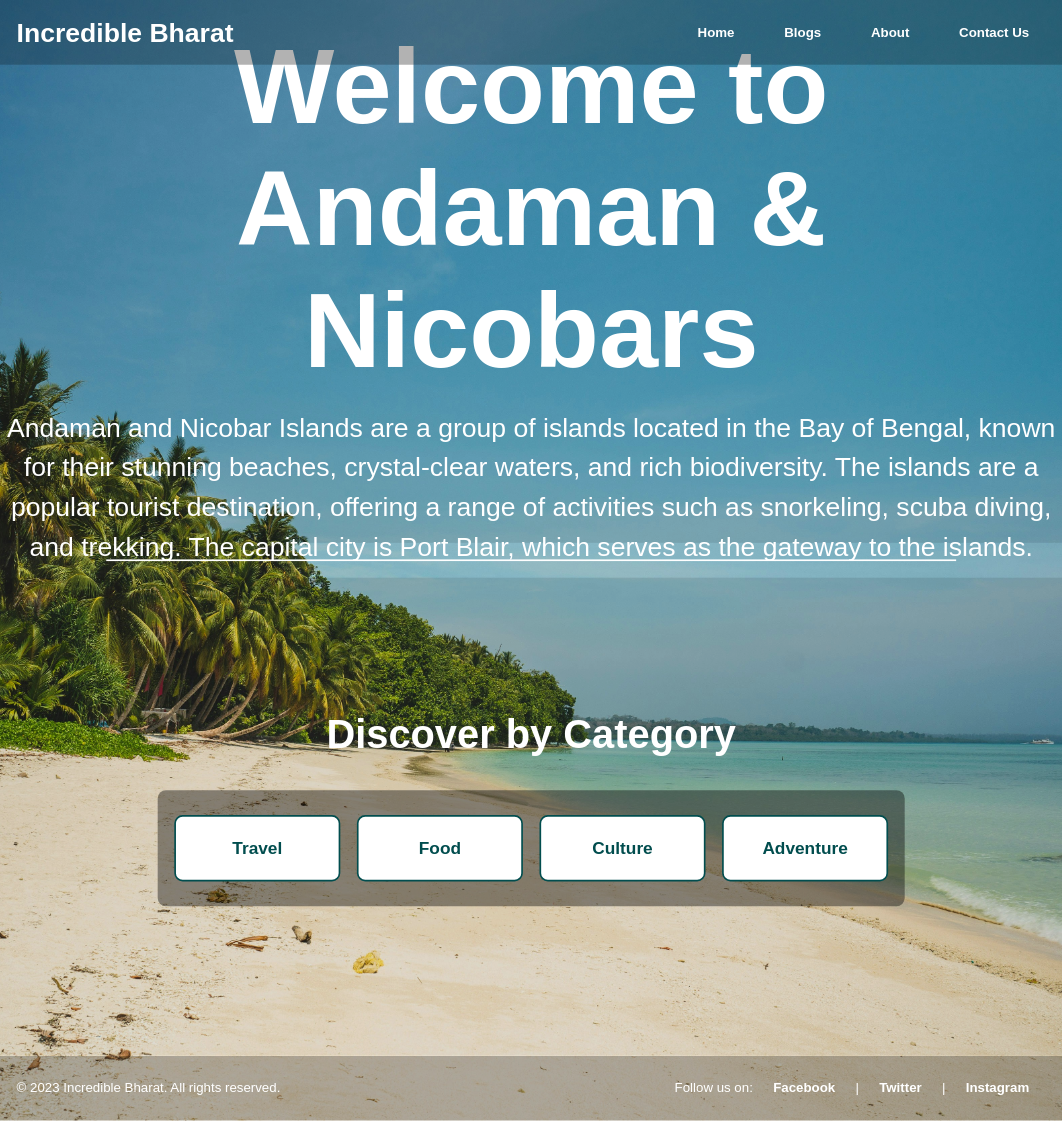
Repository: jaidhiman111/incrediblebharat
Page: destinations/Andaman&Nicobar.html
An editor plug-in stored every save of this project. The page is shown before and after the next save, followed by the edit.
The browser window is 1280 px wide. The pictures show the whole page, at 83% of full size.

Above is the page before, as saved 2025-04-30 23:34:38.

### destinations/Andaman&Nicobar.html
<!DOCTYPE html>
<html lang="en">

<head>
    <meta charset="UTF-8">
    <link rel="stylesheet" href="/assets/style.css">
    <meta name="viewport" content="width=device-width, initial-scale=1.0">
    <title>Document</title>
</head>

<body class="andaman-nicobar">
    <!-- This is the header of the page. -->
    <header class="header">
        <div class="logo">
            <h1>Incredible Bharat</h1>
        </div>
        <div class="nav">
            <nav>
                <ul>
                    <li>
                        <a href="/index.html">Home</a>
                        <a href="#">Blogs</a>
                        <a href="#">About</a>
                        <a href="#">Contact Us</a>
                    </li>
                </ul>
            </nav>
        </div>
    </header>
    <!-- This is the main content of the page. -->
    <main class="main-container">
        <section class="hero-section">
            <h2>Welcome to Andaman & Nicobars</h2>
            <p>Andaman and Nicobar Islands are a group of islands located in the Bay of Bengal, known for their stunning
                beaches, crystal-clear waters, and rich biodiversity. The islands are a popular tourist destination,
                offering a range of activities such as snorkeling, scuba diving, and trekking. The capital city is Port
                Blair, which serves as the gateway to the islands.</p>
        </section>
        <hr>
        <section class="state-section">
            <h2>Discover by Category</h2>
            <div class="card-section">
                <div class="card" id="travel">Travel</div>
                <div class="card" id="food">Food</div>
                <div class="card" id="culture">Culture</div>
                <div class="card" id="adventure">Adventure</div>
            </div>
        </section>
    </main>
    <!-- This is the footer of the page. -->
    <footer class="footer">
        <div>
            <p>&copy; 2023 Incredible Bharat. All rights reserved.</p>
        </div>
        <div>
            <p>Follow us on:
                <a href="#">Facebook</a> |
                <a href="#">Twitter</a> |
                <a href="#">Instagram</a>
        </div>
    </footer>
</body>

</html>

### assets/style.css
* {
    box-sizing: border-box;
    margin: 0;
    padding: 0;
}

.home {
    font-family: Arial, sans-serif;
    background-image: url('/media/bg-cover.jpg');
    background-size: cover;
    background-repeat: no-repeat;
    background-position: center;
    color: #fff;
}

.andaman-nicobar {
    font-family: Arial, sans-serif;
    background-image: url('/media/andaman.jpg');
    background-size: cover;
    background-repeat: no-repeat;
    background-position: center;
    color: #fff;
}


/* This is for header */
.header {
    background-color: rgba(0, 0, 0, 0.3);
    display: flex;
    justify-content: space-between;
    align-items: center;
    padding: 20px;
    position: sticky;
    top: 0;
    text-align: center;
}

li {
    list-style: none;
    display: flex;
    gap: 20px;
}

li a {
    padding: 10px 20px;
    border-radius: 5px;
    text-decoration: none;
    color: #fff;
    font-weight: bold;
}

li a:hover {
    color: #fff;
    transform: scale(1.1);}

/* This is for section */
section{
    background-color: rgba(0, 0, 0, 0.1);
}

.hero-section {
    display: flex;
    flex-direction: column;    /* stack items vertically */
    justify-content: center;   /* center vertically */
    align-items: center;       /* center horizontally */
    height: 80vh;
    text-align: center;
}

.hero-section h2 {
    font-size: 8rem;
    margin-bottom: 20px;
}

.hero-section p{
    font-size: 2rem;
    margin-bottom: 20px;
    max-width: 100rem;         /* limit the width of the paragraph */
    line-height: 1.5;        /* improve readability */
}

.hero-section a {
    text-decoration: none;
    color: #fff;
    font-size: 1.5rem;
    margin-bottom: 20px;
}

.hero-section a:hover {
    color: #fff;
    text-decoration: underline;
    transform: scale(1.1);
    transition: transform 0.3s ease-in-out;
}

hr {
    width: 80%;
    margin: 20px auto;
    border: 1px solid #fff;
}

.state-section {
    display: flex;
    flex-direction: column;    /* stack items vertically */
    justify-content: center;
    align-items: center;
    height: 80vh;
    text-align: center;
}

.state-section h2 {
    font-size: 3rem;
    margin-bottom: 20px;
}

.state-button {
    padding: 30px;
    max-width: 100rem;
    margin: 0 auto;
  }

  .state-button button {
    background-color: rgba(0, 0, 0, 0.4);  /* Soft blue */
    border: none;
    border-radius: 8px;
    margin: 10px ;
    padding: 12px 20px;
    cursor: pointer;
    transition: background-color 0.3s ease;
    font-size: 16px;
    font-weight: 500;
  }

  .state-button button a {
    color: #ffffff;
    text-decoration: none;
    display: block;
    width: 100%;
    height: 100%;
  }

  .state-button button:hover {
    background-color: rgba(0, 0, 0, 0.7); /* Darker blue on hover */
    transform: scale(1.1); /* Slightly enlarge the button on hover */
    transition: transform 0.3s ease-in-out;
  }

  .card-section {
    display: flex;
    flex-wrap: wrap; /* Makes it responsive */
    justify-content: center;
    gap: 20px;
    background-color: rgba(0, 0, 0, 0.4);
    padding: 30px 20px;
    margin: 20px auto;
    max-width: 1200px;
    border-radius: 10px;
}

.card {
    background-color: #ffffff;
    color: #014d4e;
    border: 2px solid #014d4e;
    border-radius: 10px;
    width: 200px;
    height: 5rem;
    display: flex;
    align-items: center;
    justify-content: center;
    font-size: 1.3rem;
    font-weight: bold;
    cursor: pointer;
    transition: transform 0.3s ease, background-color 0.3s ease;
}

.card:hover {
    background-color: #019494;
    color: #ffffff;
    transform: scale(1.05);
}


  /* This is for footer */

.footer {
    background-color: rgba(0, 0, 0, 0.3);
    display: flex;
    justify-content: space-between;
    align-items: center;
    padding: 20px;
    position: relative;
    bottom: 0;
    text-align: center;
}

.footer li {
    list-style: none;
    display: flex;
    gap: 20px;
}

.footer a {
    display: inline-block;
    padding: 10px 20px;
    border-radius: 5px;
    text-decoration: none;
    color: #fff;
    font-weight: bold;
}
.footer a:hover {
    color: #fff;
    transform: scale(1.1);

}

/* This is for media queries */
/* --- Andaman & Nicobar Page Enhancements --- */

After the next save:
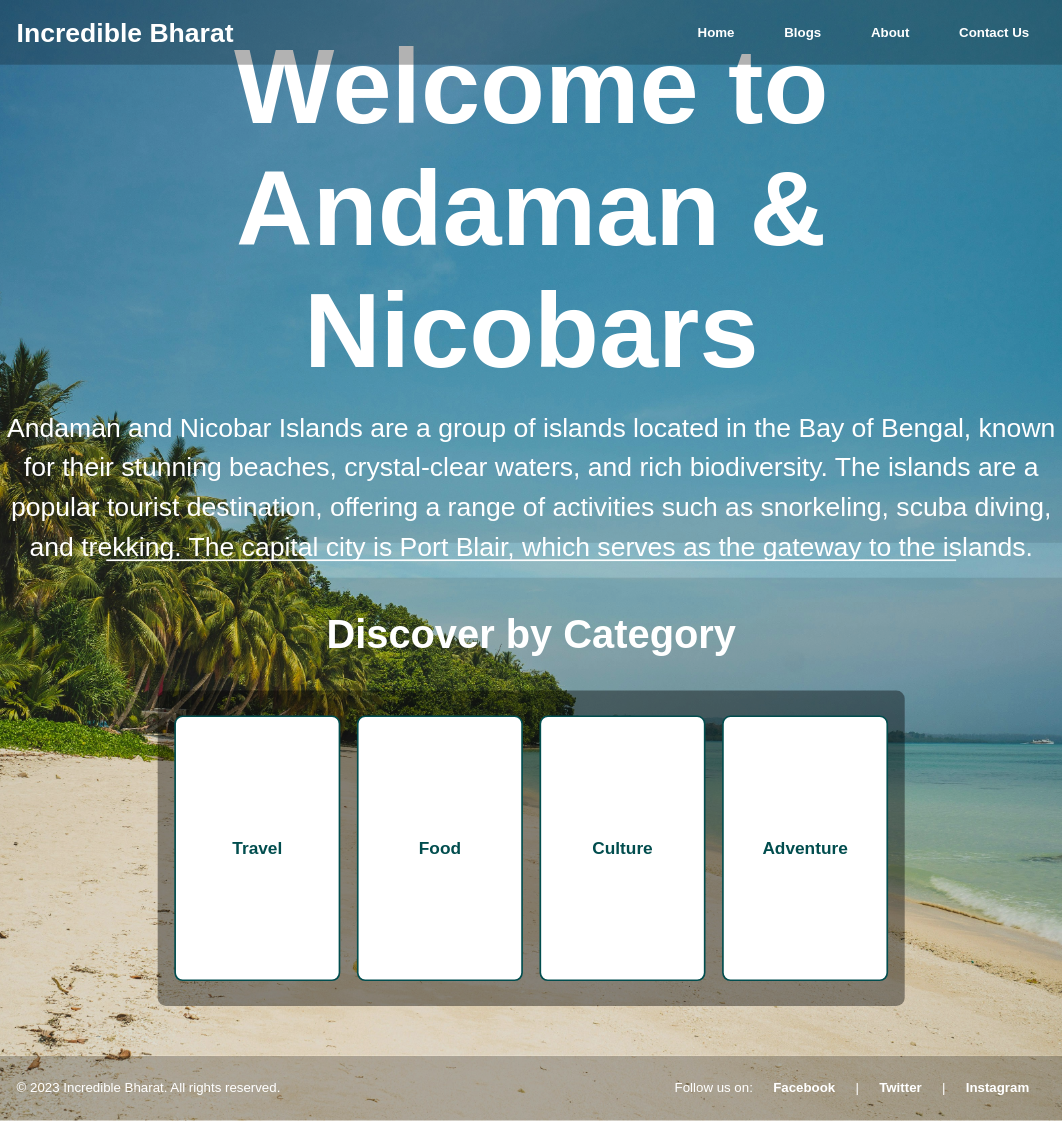
Saved 12 s later.
--- a/assets/style.css
+++ b/assets/style.css
@@ -163,7 +163,7 @@ hr {
     border: 2px solid #014d4e;
     border-radius: 10px;
     width: 200px;
-    height: 5rem;
+    height: 20rem;
     display: flex;
     align-items: center;
     justify-content: center;
